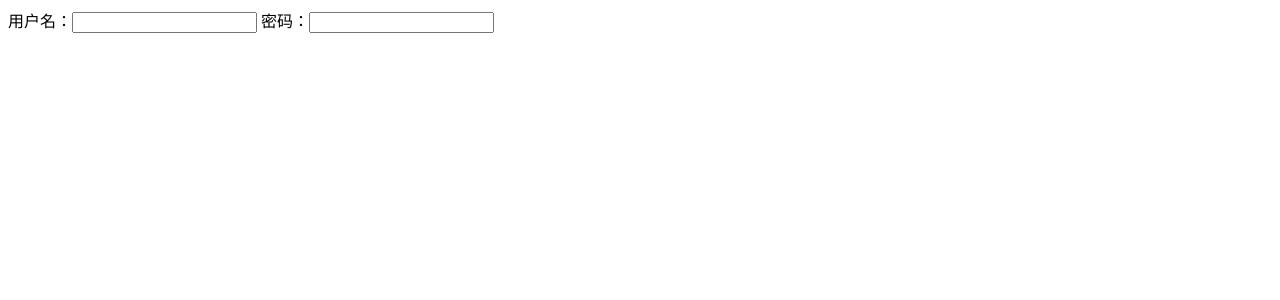
Repository: 99708/java_EE
Page: http://localhost/ssm_upload_download/login.jsp
An editor plug-in stored every save of this project. The page is shown before and after the next save, followed by the edit.
The browser window is 1280 px wide. The pictures show the whole page.
The page is served by Tomcat 9.

Above is the page before, as saved 2018-11-19 11:40:39.

After the next save:
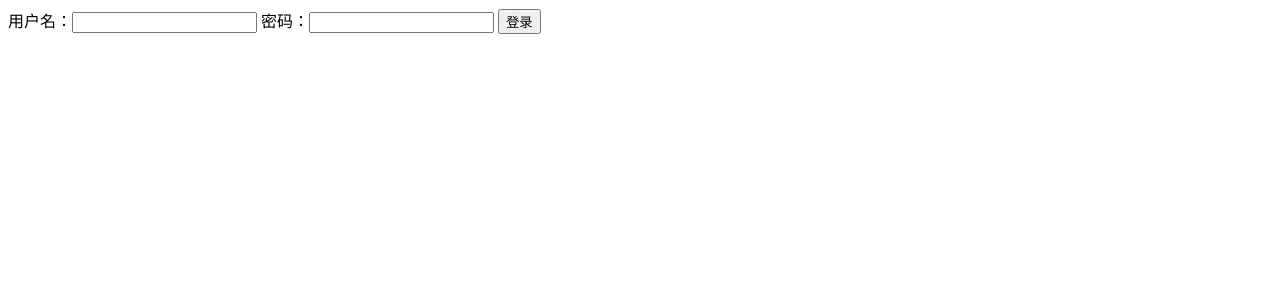
Saved 21 s later.
--- a/ssm_upload_download/WebContent/login.jsp
+++ b/ssm_upload_download/WebContent/login.jsp
@@ -9,5 +9,6 @@
 <body>
 	用户名：<input type="text" name="uname" id="unameId" value=""/>
 	密码：<input type="password" name="password" id="password" value=""/>
+	<input type="submit" value="登录"/>
 </body>
 </html>
